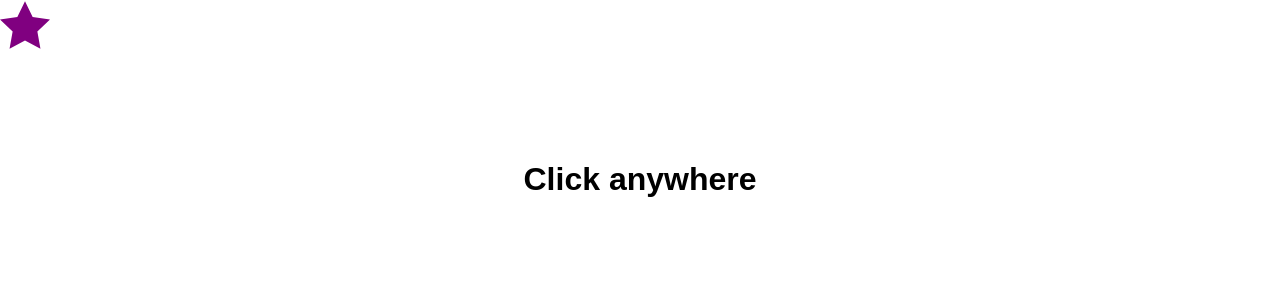
Repository: alexmaddux99/Lab3
Page: mouse-events.html
An editor plug-in stored every save of this project. The page is shown before and after the next save, followed by the edit.
The browser window is 1280 px wide. The pictures show the whole page.

Above is the page before, as saved 2022-02-17 12:07:22.

After the next save:
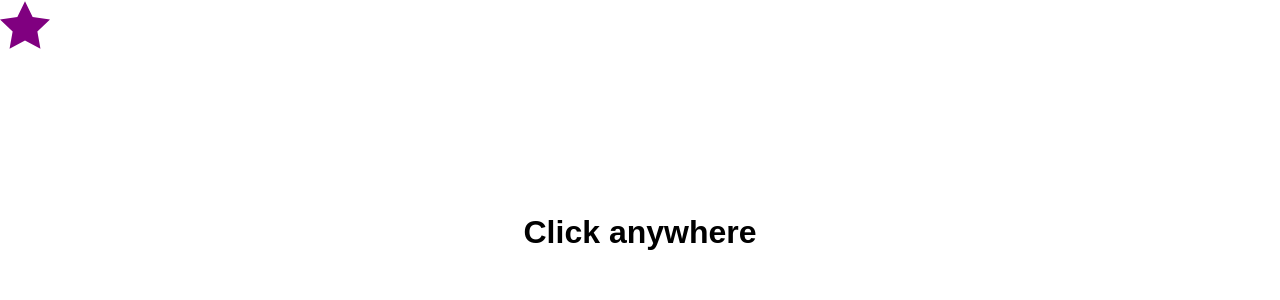
Saved 73 s later.
--- a/mouse-events.html
+++ b/mouse-events.html
@@ -13,8 +13,7 @@
         }
 
         .star {
-            height: 1px;
-            width: 1px;
+
             transition: transform 1s;
         }
 

After the 2 saves that followed:
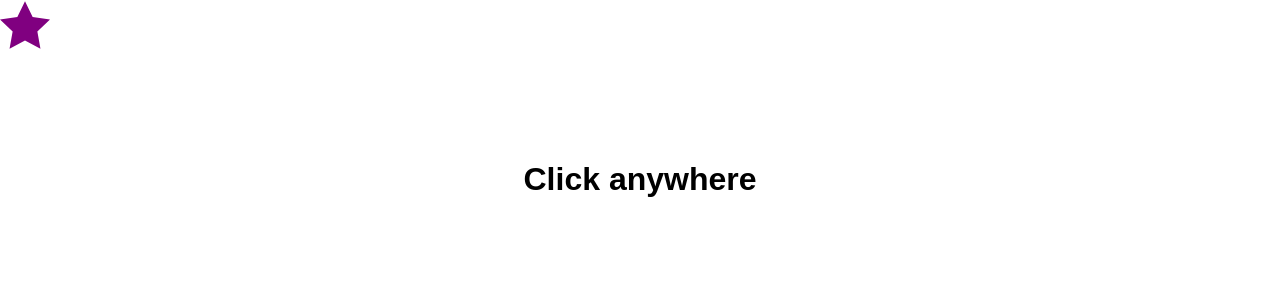
The 2 saves are shown as one change because 1 left the picture as it was.
The last was saved 20 s later.
--- a/mouse-events.html
+++ b/mouse-events.html
@@ -13,7 +13,8 @@
         }
 
         .star {
-
+            height: 1px;
+            width: 1px;
             transition: transform 1s;
         }
 
